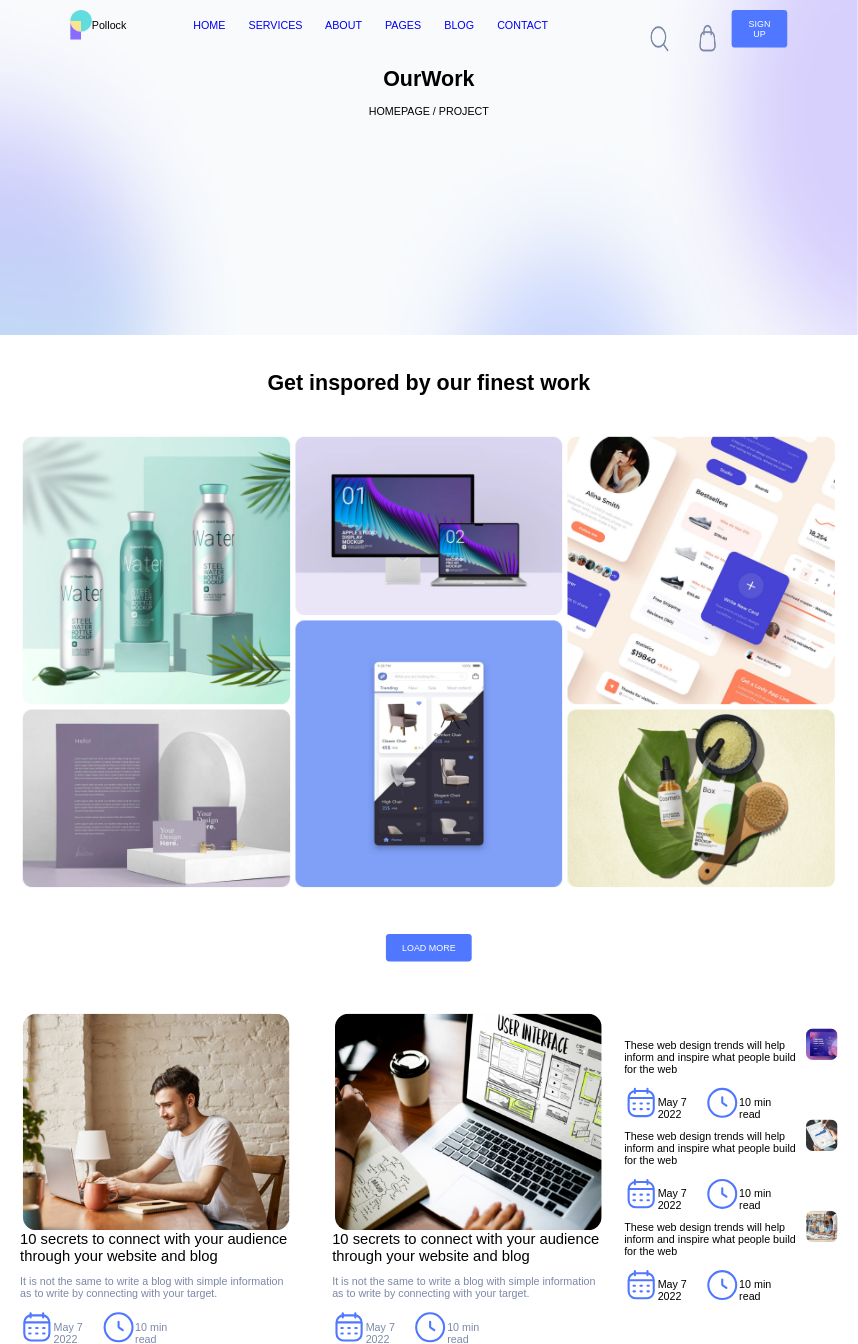
Repository: Nam936/exercises
Page: demo.html
These files come from the project's save history. The page is drawn as it stood at one moment and after the next save; the edit follows.
The browser window is 1280 px wide. The pictures show the whole page, at 67% of full size.

Above is the page before, as saved 2023-01-06 16:37:07.

After the next save:
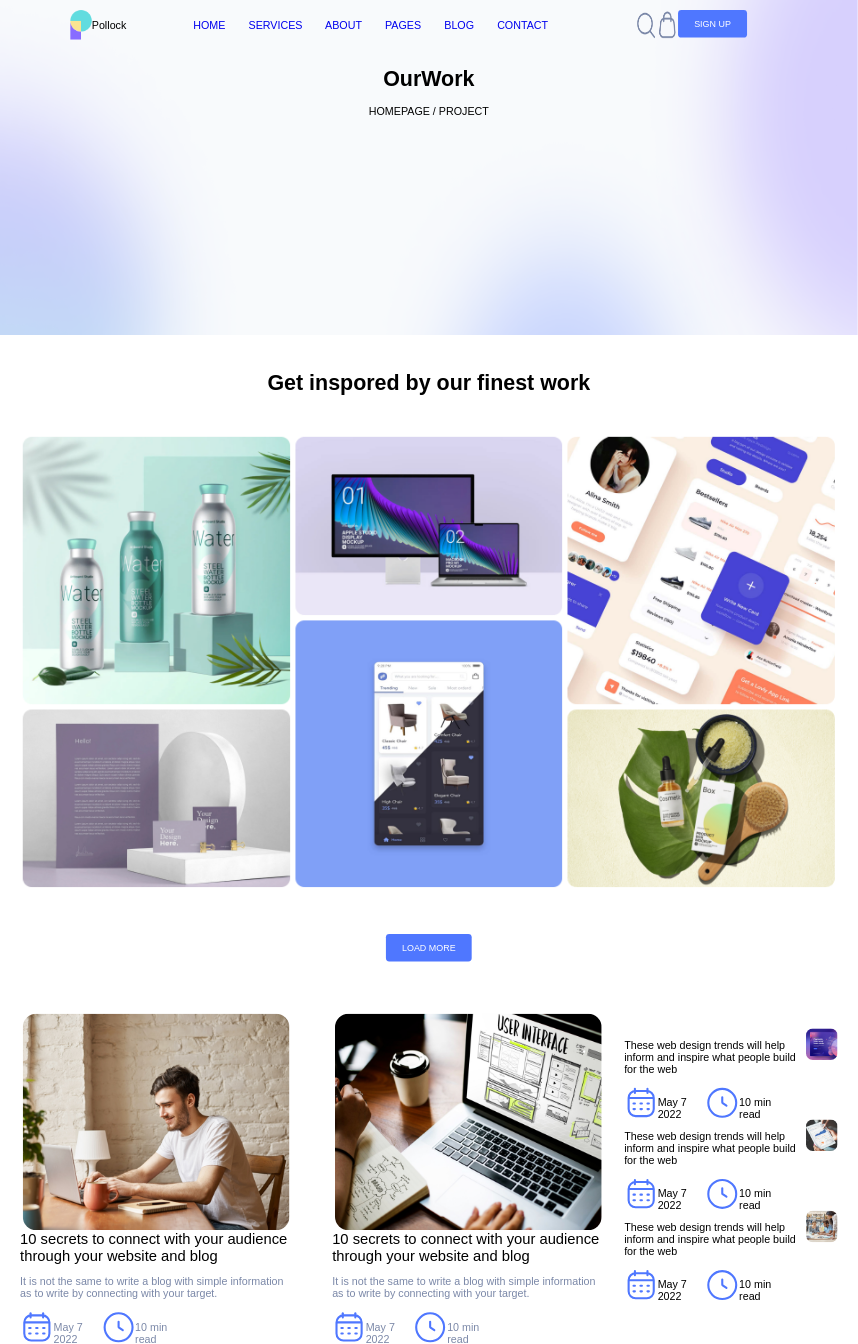
Saved 7 s later.
--- a/style2.css
+++ b/style2.css
@@ -156,10 +156,6 @@ button {
   height: 24px;
 }
 
-.cart,
-.search {
-  margin: 10px 10px;
-}
 
 button {
   background-color: #4F77FF;
